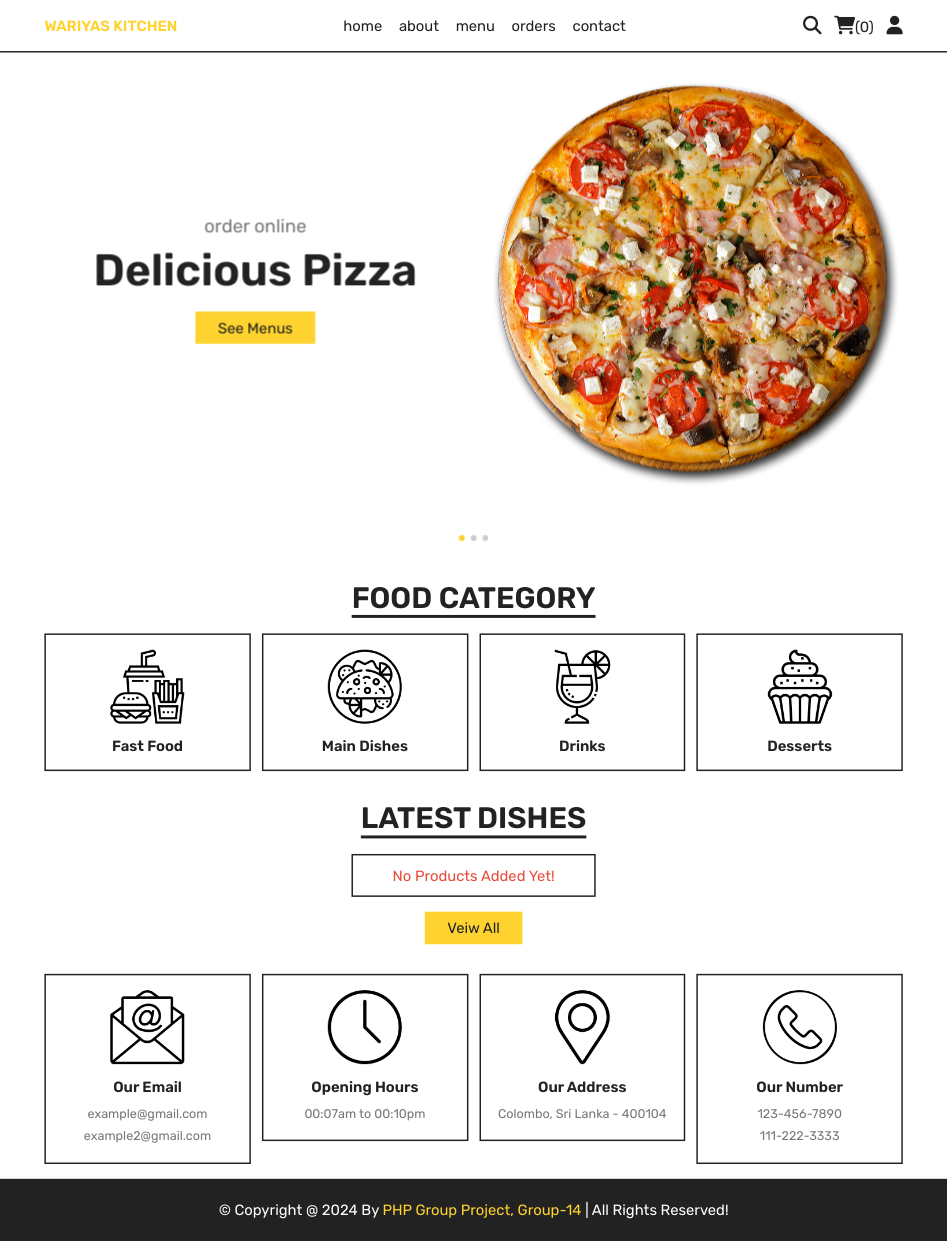
Repository: navodniwarshana/food_order_site
Page: http://localhost/home.php
The author's editor kept a copy of each file at every save. The page is drawn from the files as they stood at one save, then again after a run of saves.
The browser window is 1280 px wide. The pictures show the whole page, at 74% of full size.
Some web libraries are served in a nearby version. The page is run by PHP 8.4 with error messages shown; the project is at /var/www/html/. Queries for data that is not in the repository find no rows.

Above is the page before, as saved 2024-09-27 18:27:44.
Console error: TypeError: Cannot read properties of null (reading 'style')

### home.php
<?php

include 'components/connect.php';

session_start();

if(isset($_SESSION['user_id'])){
   $user_id = $_SESSION['user_id'];
}else{
   $user_id = '';
};

include 'components/add_cart.php';

?>

<!DOCTYPE html>
<html lang="en">
<head>
   <meta charset="UTF-8">
   <meta http-equiv="X-UA-Compatible" content="IE=edge">
   <meta name="viewport" content="width=device-width, initial-scale=1.0">
   <title>home</title>

   <link rel="stylesheet" href="https://unpkg.com/swiper@8/swiper-bundle.min.css" />

   <!-- font awesome cdn link  -->
   <link rel="stylesheet" href="https://cdnjs.cloudflare.com/ajax/libs/font-awesome/6.1.1/css/all.min.css">

   <!-- custom css file link  -->
   <link rel="stylesheet" href="css/style.css">

</head>
<body>

<?php include 'components/user_header.php'; ?>



<section class="hero">

   <div class="swiper hero-slider">

      <div class="swiper-wrapper">

         <div class="swiper-slide slide">
            <div class="content">
               <span>order online</span>
               <h3>delicious pizza</h3>
               <a href="menu.php" class="btn">see menus</a>
            </div>
            <div class="image">
               <img src="images/home-img-1.png" alt="">
            </div>
         </div>

         <div class="swiper-slide slide">
            <div class="content">
               <span>order online</span>
               <h3>chezzy hamburger</h3>
               <a href="menu.php" class="btn">see menus</a>
            </div>
            <div class="image">
               <img src="images/home-img-2.png" alt="">
            </div>
         </div>

         <div class="swiper-slide slide">
            <div class="content">
               <span>order online</span>
               <h3>rosted chicken</h3>
               <a href="menu.php" class="btn">see menus</a>
            </div>
            <div class="image">
               <img src="images/home-img-3.png" alt="">
            </div>
         </div>

      </div>

      <div class="swiper-pagination"></div>

   </div>

</section>

<section class="category">

   <h1 class="title">food category</h1>

   <div class="box-container">

      <a href="category.php?category=fast food" class="box">
         <img src="images/cat-1.png" alt="">
         <h3>fast food</h3>
      </a>

      <a href="category.php?category=main dish" class="box">
         <img src="images/cat-2.png" alt="">
         <h3>main dishes</h3>
      </a>

      <a href="category.php?category=drinks" class="box">
         <img src="images/cat-3.png" alt="">
         <h3>drinks</h3>
      </a>

      <a href="category.php?category=desserts" class="box">
         <img src="images/cat-4.png" alt="">
         <h3>desserts</h3>
      </a>

   </div>

</section>




<section class="products">

   <h1 class="title">latest dishes</h1>

   <div class="box-container">

      <?php
         $select_products = $conn->prepare("SELECT * FROM `products` LIMIT 6");
         $select_products->execute();
         if($select_products->rowCount() > 0){
            while($fetch_products = $select_products->fetch(PDO::FETCH_ASSOC)){
      ?>
      <form action="" method="post" class="box">
         <input type="hidden" name="pid" value="<?= $fetch_products['id']; ?>">
         <input type="hidden" name="name" value="<?= $fetch_products['name']; ?>">
         <input type="hidden" name="price" value="<?= $fetch_products['price']; ?>">
         <input type="hidden" name="image" value="<?= $fetch_products['image']; ?>">
         <a href="quick_view.php?pid=<?= $fetch_products['id']; ?>" class="fas fa-eye"></a>
         <button type="submit" class="fas fa-shopping-cart" name="add_to_cart"></button>
         <img src="uploaded_img/<?= $fetch_products['image']; ?>" alt="">
         <a href="category.php?category=<?= $fetch_products['category']; ?>" class="cat"><?= $fetch_products['category']; ?></a>
         <div class="name"><?= $fetch_products['name']; ?></div>
         <div class="flex">
            <div class="price"><span>$</span><?= $fetch_products['price']; ?></div>
            <input type="number" name="qty" class="qty" min="1" max="99" value="1" maxlength="2">
         </div>
      </form>
      <?php
            }
         }else{
            echo '<p class="empty">no products added yet!</p>';
         }
      ?>

   </div>

   <div class="more-btn">
      <a href="menu.html" class="btn">veiw all</a>
   </div>

</section>


<?php include 'components/footer.php'; ?>


<script src="https://unpkg.com/swiper@8/swiper-bundle.min.js"></script>

<!-- custom js file link  -->
<script src="js/script.js"></script>

<script>

var swiper = new Swiper(".hero-slider", {
   loop:true,
   grabCursor: true,
   effect: "flip",
   pagination: {
      el: ".swiper-pagination",
      clickable:true,
   },
});

</script>

</body>
</html>

### components/add_cart.php
<?php

if(isset($_POST['add_to_cart'])){

   if($user_id == ''){
      header('location:login.php');
   }else{

      $pid = $_POST['pid'];
      $pid = filter_var($pid, FILTER_SANITIZE_STRING);
      $name = $_POST['name'];
      $name = filter_var($name, FILTER_SANITIZE_STRING);
      $price = $_POST['price'];
      $price = filter_var($price, FILTER_SANITIZE_STRING);
      $image = $_POST['image'];
      $image = filter_var($image, FILTER_SANITIZE_STRING);
      $qty = $_POST['qty'];
      $qty = filter_var($qty, FILTER_SANITIZE_STRING);

      $check_cart_numbers = $conn->prepare("SELECT * FROM `cart` WHERE name = ? AND user_id = ?");
      $check_cart_numbers->execute([$name, $user_id]);

      if($check_cart_numbers->rowCount() > 0){
         $message[] = 'already added to cart!';
      }else{
         $insert_cart = $conn->prepare("INSERT INTO `cart`(user_id, pid, name, price, quantity, image) VALUES(?,?,?,?,?,?)");
         $insert_cart->execute([$user_id, $pid, $name, $price, $qty, $image]);
         $message[] = 'added to cart!';

      }

   }

}

?>

### components/user_header.php
<?php
if(isset($message)){
   foreach($message as $message){
      echo '
      <div class="message">
         <span>'.$message.'</span>
         <i class="fas fa-times" onclick="this.parentElement.remove();"></i>
      </div>
      ';
   }
}
?>

<header class="header">

   <section class="flex">

      <a href="home.php" style="font-size: 2rem; font-weight: bold; color: #fed330; text-decoration: none;">WARIYAS KITCHEN</a>

      <nav class="navbar">
         <a href="home.php">home</a>
         <a href="about.php">about</a>
         <a href="menu.php">menu</a>
         <a href="orders.php">orders</a>
         <a href="contact.php">contact</a>
      </nav>

      <div class="icons">
         <?php
            $count_cart_items = $conn->prepare("SELECT * FROM `cart` WHERE user_id = ?");
            $count_cart_items->execute([$user_id]);
            $total_cart_items = $count_cart_items->rowCount();
         ?>
         <a href="search.php"><i class="fas fa-search"></i></a>
         <a href="cart.php"><i class="fas fa-shopping-cart"></i><span>(<?= $total_cart_items; ?>)</span></a>
         <div id="user-btn" class="fas fa-user"></div>
         <div id="menu-btn" class="fas fa-bars"></div>
      </div>

      <div class="profile">
         <?php
            $select_profile = $conn->prepare("SELECT * FROM `users` WHERE id = ?");
            $select_profile->execute([$user_id]);
            if($select_profile->rowCount() > 0){
               $fetch_profile = $select_profile->fetch(PDO::FETCH_ASSOC);
         ?>
         <p class="name"><?= $fetch_profile['name']; ?></p>
         <div class="flex">
            <a href="profile.php" class="btn">profile</a>
            <a href="components/user_logout.php" onclick="return confirm('logout from this website?');" class="delete-btn">logout</a>
         </div>
         <p class="account">
            <a href="login.php">login</a> or
            <a href="register.php">register</a>
         </p>
         <?php
            }else{
         ?>
            <p class="name">please login first!</p>
            <a href="login.php" class="btn">login</a>
         <?php
          }
         ?>
      </div>

   </section>

</header>

### components/footer.php
<footer class="footer">

   <section class="grid">

      <div class="box">
         <img src="images/email-icon.png" alt="">
         <h3>our email</h3>
         <a href="mailto:example@gmail.com">example@gmail.com</a>
         <a href="mailto:example2@gmail.com">example2@gmail.com</a>
      </div>

      <div class="box">
         <img src="images/clock-icon.png" alt="">
         <h3>opening hours</h3>
         <p>00:07am to 00:10pm</p>
      </div>

      <div class="box">
         <img src="images/map-icon.png" alt="">
         <h3>our address</h3>
         <a href="#">Colombo, Sri Lanka - 400104</a>
      </div>

      <div class="box">
         <img src="images/phone-icon.png" alt="">
         <h3>our number</h3>
         <a href="tel:1234567890">123-456-7890</a>
         <a href="tel:1112223333">111-222-3333</a>
      </div>

   </section>

   <div class="credit">&copy; copyright @ <?= date('Y'); ?> by <span>PHP Group Project, Group-14</span> | all rights reserved!</div>

</footer>

<!-- <div class="loader">
   <img src="images/loader.gif" alt="">
</div> -->

Loaded but not shown: components/connect.php (common file); js/script.js (34 lines, source omitted); css/style.css (1069 lines, source omitted)

After the next 3 saves:
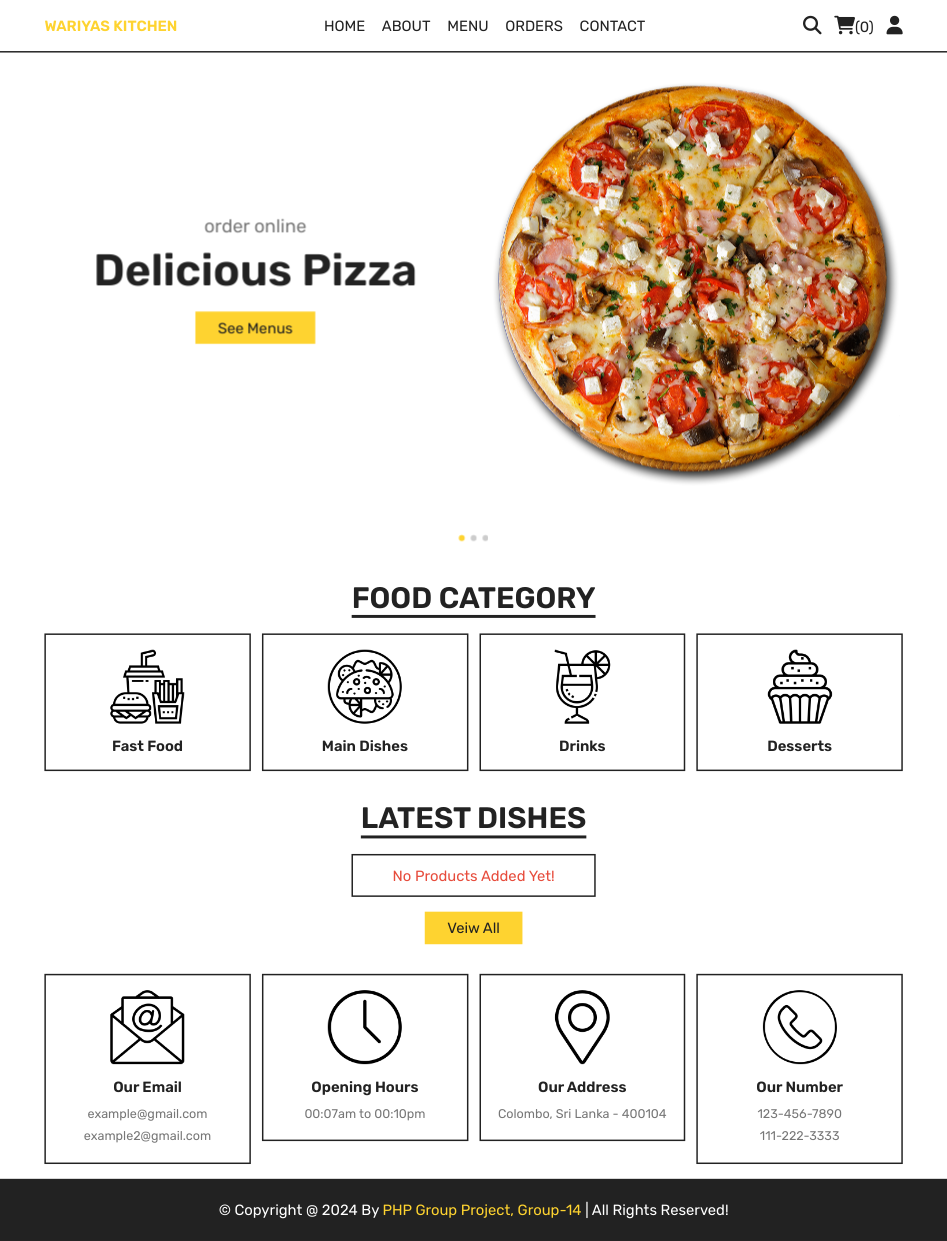
The 3 saves are shown as one change because they came seconds apart.
The last was saved 39 s later.
--- a/components/user_header.php
+++ b/components/user_header.php
@@ -18,11 +18,11 @@ if(isset($message)){
       <a href="home.php" style="font-size: 2rem; font-weight: bold; color: #fed330; text-decoration: none;">WARIYAS KITCHEN</a>
 
       <nav class="navbar">
-         <a href="home.php">home</a>
-         <a href="about.php">about</a>
-         <a href="menu.php">menu</a>
-         <a href="orders.php">orders</a>
-         <a href="contact.php">contact</a>
+         <a href="home.php" style="text-transform: uppercase;">HOME</a>
+         <a href="about.php" style="text-transform: uppercase;">ABOUT</a>
+         <a href="menu.php" style="text-transform: uppercase;">MENU</a>
+         <a href="orders.php" style="text-transform: uppercase;">ORDERS</a>
+         <a href="contact.php" style="text-transform: uppercase;">CONTACT</a>
       </nav>
 
       <div class="icons">
